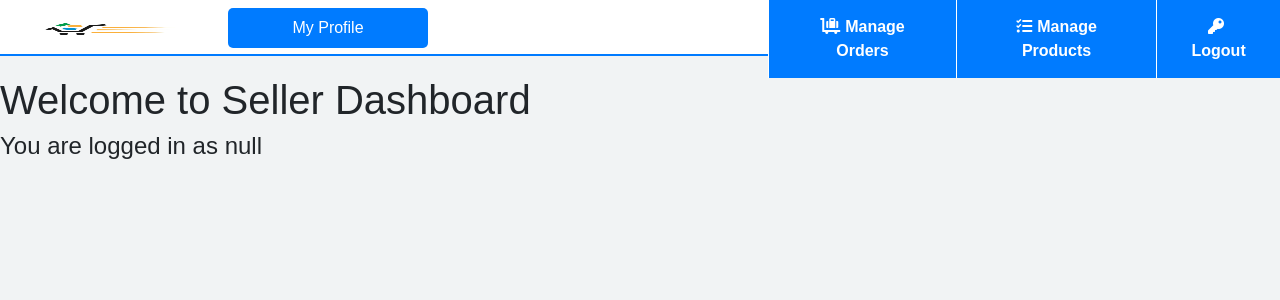
Repository: sahanjayawardena9619/PAF_Project
Page: http://localhost/paf_project/WEB-INF/views/sellerDashboard.jsp
The author's editor kept a copy of each file at every save. The page is drawn from the files as they stood at one save, then again after the next save.
The browser window is 1280 px wide. The pictures show the whole page.
Some web libraries are served in a nearby version. The page is served by Tomcat 9. Nobody is signed in. Other server files are loaded and not shown. The template is opened directly, without the code that normally fills it, so the values that code supplies are empty.

Above is the page before, as saved 2019-05-15 18:07:09.

### Main Project (Final)/PAF/paf_project/src/main/webapp/WEB-INF/views/sellerDashboard.jsp
<%@ page language="java" contentType="text/html; charset=ISO-8859-1"
	pageEncoding="ISO-8859-1"%>
<%@ include file="/WEB-INF/views/includes.jsp"%>
<!DOCTYPE html PUBLIC "-//W3C//DTD HTML 4.01 Transitional//EN" "http://www.w3.org/TR/html4/loose.dtd">
<html>
<head>
<meta http-equiv="Content-Type" content="text/html; charset=ISO-8859-1">

<link rel="stylesheet" type="text/css"
	href="<c:url value="/resources/css/bootstrap.css"/>">
<link rel="stylesheet"
	href="https://use.fontawesome.com/releases/v5.8.1/css/all.css"
	integrity="sha384-50oBUHEmvpQ+1lW4y57PTFmhCaXp0ML5d60M1M7uH2+nqUivzIebhndOJK28anvf"
	crossorigin="anonymous">
<link rel="stylesheet" type="text/css"
	href="<c:url value="/resources/css/custom.css"/>">
<script type="text/javascript"
	href="<c:url value="/resources/js/bootstrap.min.js"/>"></script>



<title>Home Page</title>
</head>
<body>
	<div class="top-nav-bar">
		<div class="search-box">
			<a href="/paf_project/"><img
				src="<c:url value="/resources/images/cart.jpg"/>" class="logo"></a>
			<a href="/paf_project/editSeller"><input type="button"
				value="My Profile"
				style="width: 200px; height: 40px; margin: 8px; border-radius: 5px; background-color: #007bff; border: none; color: white" /></a>
		</div>

		<div class="menu-bar">
			<ul>
				<li><a href="/paf_project/viewAllPurchase"><i
						class="fas fa-luggage-cart" style="margin-right: 5px;"></i>Manage
						Orders</a></li>
				<li><a href="/paf_project/viewAllCartItems"><i
						class="fas fa-tasks" style="margin-right: 5px;"></i>Manage
						Products </a></li>
				<li><a href="/paf_project/userLogout"><i class="fas fa-key"
						style="margin-right: 5px;"></i>Logout</a></li>
			</ul>
		</div>
	</div>

	<div>
		<h1>Welcome to Seller Dashboard</h1>
		<h4>You are logged in as <font-color="green"><%=session.getAttribute("emailSeller") %></font></h4>
	</div>

</body>
</html>

### Main Project (Final)/PAF/paf_project/src/main/webapp/WEB-INF/views/includes.jsp
<%@ page language="java" contentType="text/html; charset=ISO-8859-1" pageEncoding="ISO-8859-1"%>
<%@taglib uri="http://www.springframework.org/tags" prefix="spring"%>
<%@taglib uri="http://www.springframework.org/tags/form" prefix="form"%>
<%@taglib uri="http://java.sun.com/jsp/jstl/core" prefix="c"%>

<!-- This contains the most used tag libraries -->

### Main Project (Final)/PAF/paf_project/src/main/webapp/resources/css/custom.css
*
{
	margin: 0;
	padding: 0;
}

body{
	background-color: #f1f3f4;
	font-family: sans-serif;
}

.top-nav-bar{
	height:56px;
	top : 0;
	position: sticky;
	background: #fff;
	margin-bottom: 20px;
	border-bottom: 2px solid #007bff;
	z-index: 2;
}

.logo{
	height:48px;
	width: 200px;
	margin: 5px 10px;
}

.form-control{
	margin-top: 9px !important;
	margin-left: 30px !important;
	border: 1px solid #007bff !important;
	border-top-left-radius: 20px !important;
	border-bottom-left-radius: 20px !important;
	border-top-right-radius: 0 !important;
	border-bottom-right-radius: 0 !important;
	box-shadow: none !important;
}

.search-box{
	display: inline-flex;
	width:60%;
}

.input-group-text {
	background-color: #007bff;
	border: 1px solid #007bff;
	margin: 8.5px 10px 3px 0;
	height: 38px;
	color:white;
	border-top-left-radius: 0px !important;
	border-bottom-left-radius: 0px !important;
	border-top-right-radius: 20px !important;
	border-bottom-right-radius: 20px !important;
	cursor: pointer;
}



.menu-bar{
	width: 40%;
	height: 57px;
	float: right;
}

.menu-bar ul{
	display: inline-flex;
	float: right;
}

.menu-bar ul li{
	border-left: 1px solid #fff;
	list-style-type: none;
	padding: 15px 25px;
	text-align: center;
	background-color: #007bff;
	cursor: pointer;
}

.menu-bar ul li a{
	font-size: 16px;
	font-weight: bold;
	color: #fff;
	text-decoration: none;
}

@media only screen and (max-width: 980px){
	.top-nav-bar{
		height: 118px;
		border-bottom: 0;
	}

	.search-box{
		width: 100%;
	}

	.menu-bar{
		width: 100%;
	}

	.menu-bar ul{
		margin: 10px 0;
		width: 100%;
	}

	.menu-bar ul li{
		height: 57px;
	}
}

.nopadding {
   padding: 0 !important;
   margin: 0 !important;
}

.col-sm-3{
	margin-bottom: 5%;
}

Loaded but not shown: Main Project (Final)/PAF/paf_project/src/main/webapp/resources/css/bootstrap.css (library)

After the next save:
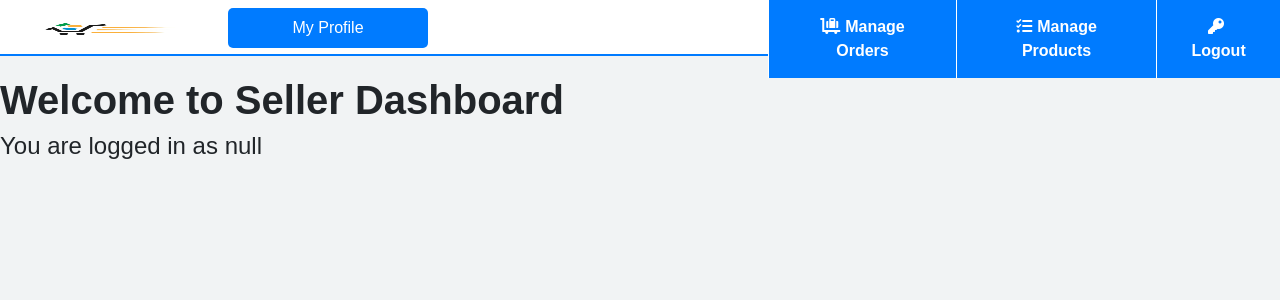
Saved 18 s later.
--- a/Main Project (Final)/PAF/paf_project/src/main/webapp/WEB-INF/views/sellerDashboard.jsp
+++ b/Main Project (Final)/PAF/paf_project/src/main/webapp/WEB-INF/views/sellerDashboard.jsp
@@ -46,7 +46,7 @@
 	</div>
 
 	<div>
-		<h1>Welcome to Seller Dashboard</h1>
+		<h1><b>Welcome to Seller Dashboard</b></h1>
 		<h4>You are logged in as <font-color="green"><%=session.getAttribute("emailSeller") %></font></h4>
 	</div>
 
